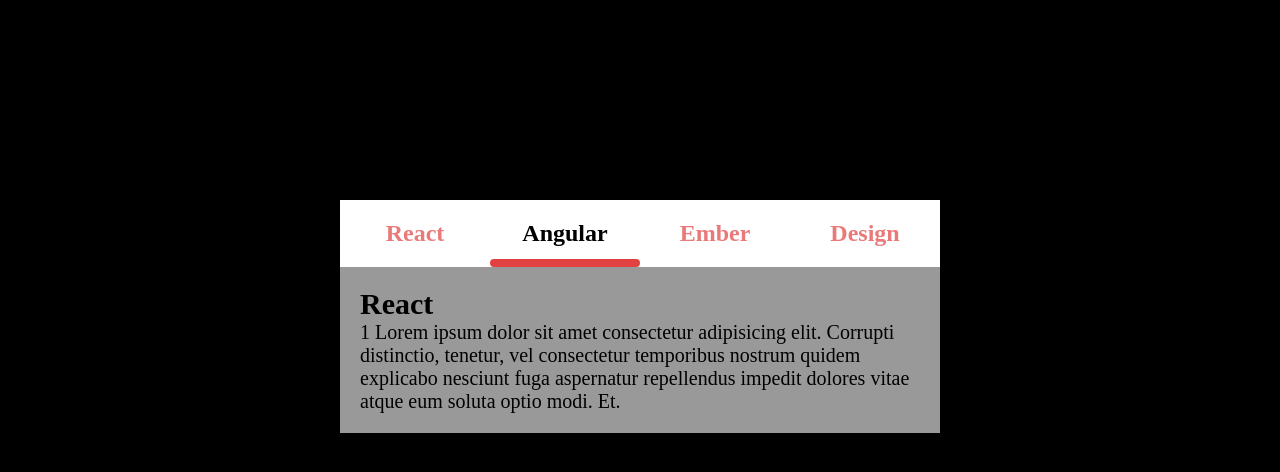
Repository: PCTai/javascript-coban
Page: tab UI/index.html
The author's editor kept a copy of each file at every save. The page is drawn from the files as they stood at one save, then again after the next save.
The browser window is 1280 px wide. The pictures show the whole page.

Above is the page before, as saved 2022-02-10 10:07:37.

After the next save:
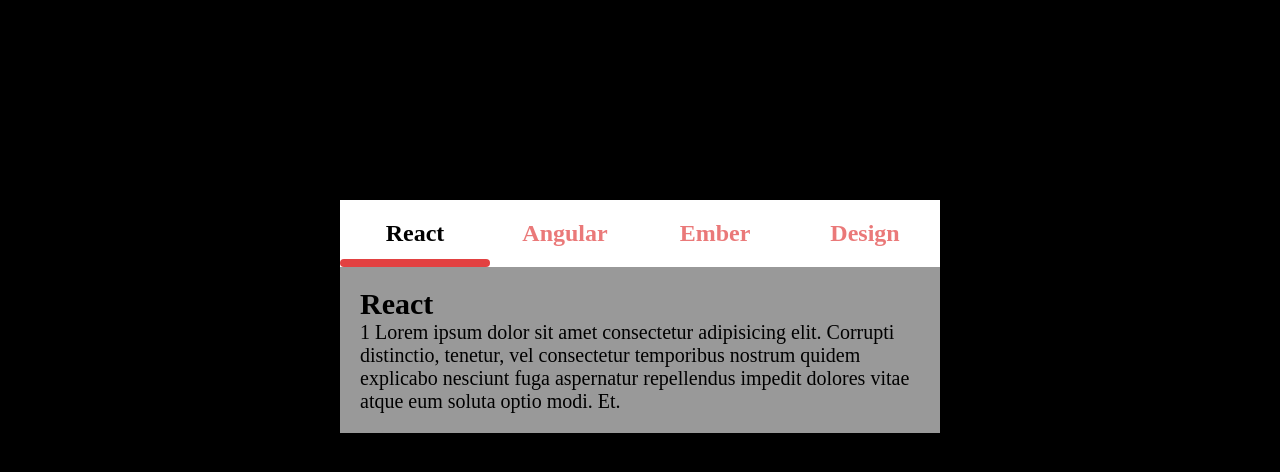
Saved 36 s later.
--- a/tab UI/index.html
+++ b/tab UI/index.html
@@ -10,8 +10,8 @@
 <body>
     <div class="container">
         <div class="tab">
-            <div class="tab-item ">React</div>
-            <div class="tab-item active">Angular</div>
+            <div class="tab-item active">React</div>
+            <div class="tab-item ">Angular</div>
             <div class="tab-item">Ember</div>
             <div class="tab-item">Design</div>
             <div class="tab-line"></div>
